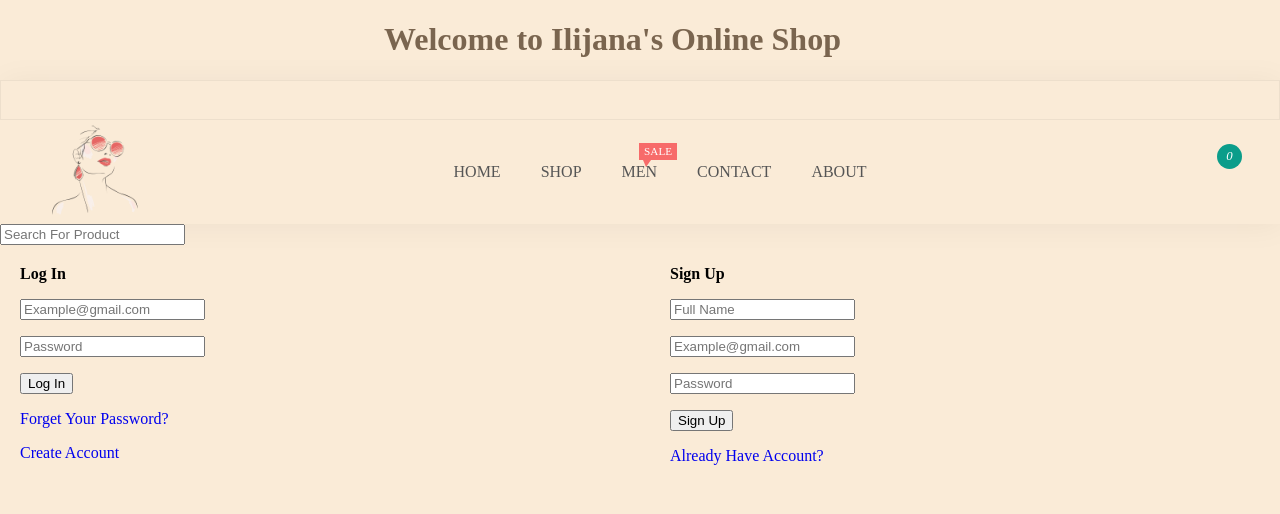
Repository: ilijana123/Proekt1
Page: html.html
The author's editor kept a copy of each file at every save. The page is drawn from the files as they stood at one save, then again after the next save.
The browser window is 1280 px wide. The pictures show the part of the page from y = 0 to 514 px (the page is 4329 px tall).
Pictures or frames that could not be fetched are drawn as grey boxes. A picture or video elsewhere on the page could not be fetched, so the positions and the page height are approximate. The page's requests for data from a server got no answer.

Above is the page before, as saved 2023-11-13 03:46:15.
Console error: TypeError: Cannot read properties of null (reading 'appendChild')

After the next save:
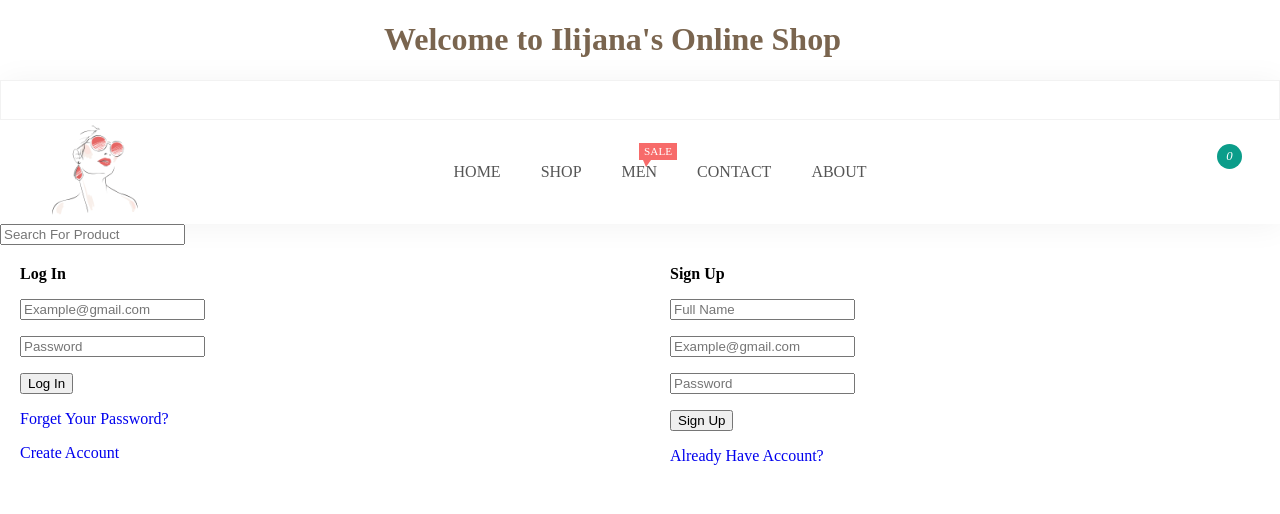
Saved 44 s later.
--- a/1.css
+++ b/1.css
@@ -4,15 +4,11 @@ h1  {
     position:relative;
     margin-left: 30%;
 }
-blockquote
-{
-    font-family:cursive;
-}
 body{
     margin:0px;
     padding: 0px;
     font-family: poppins;
-    background-color:antiquewhite;
+    background-color: #ffffff;
 }
 *{
     box-sizing: border-box;
